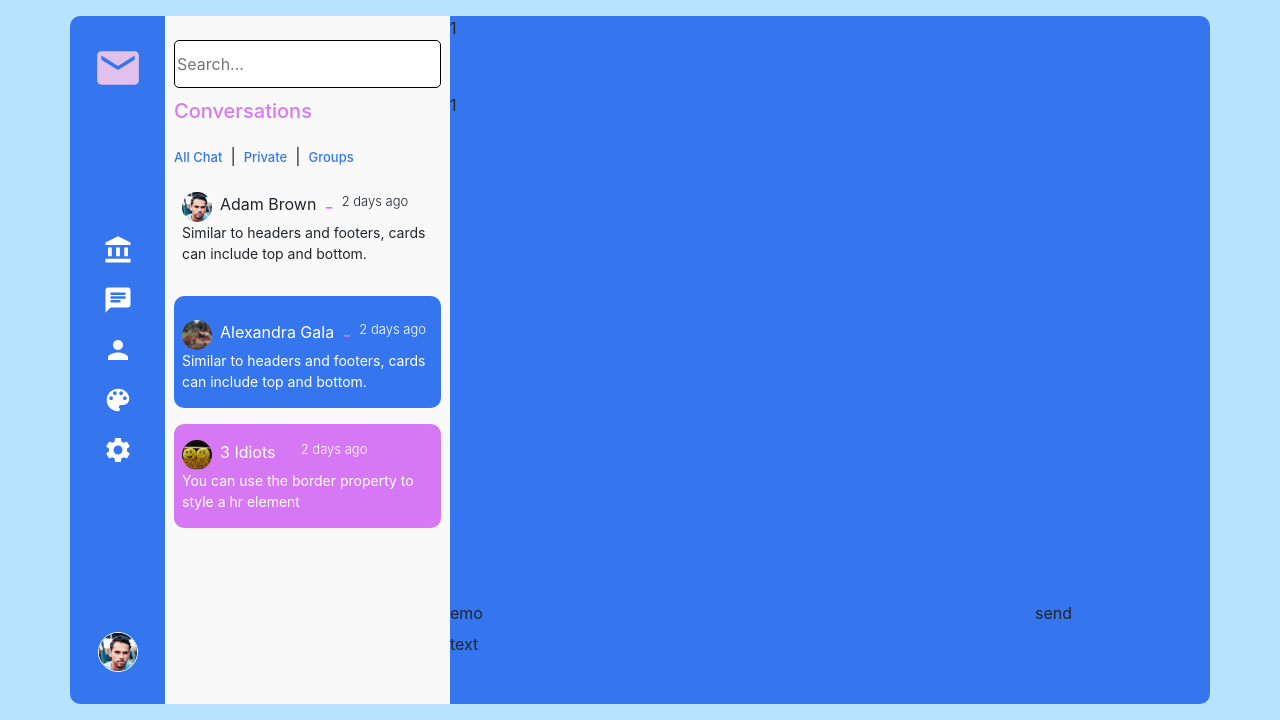
Repository: arafat877/super-chat
Page: /
The author's editor kept a copy of each file at every save. The page is drawn from the files as they stood at one save, then again after the next save.
The browser window is 1280 px wide. The pictures show the whole page.
The project was rebuilt for these pictures with package versions that can differ from the ones it lists, and the page was loaded fresh each time.

Above is the page before, as saved 2020-08-07 00:02:33.

After the next save:
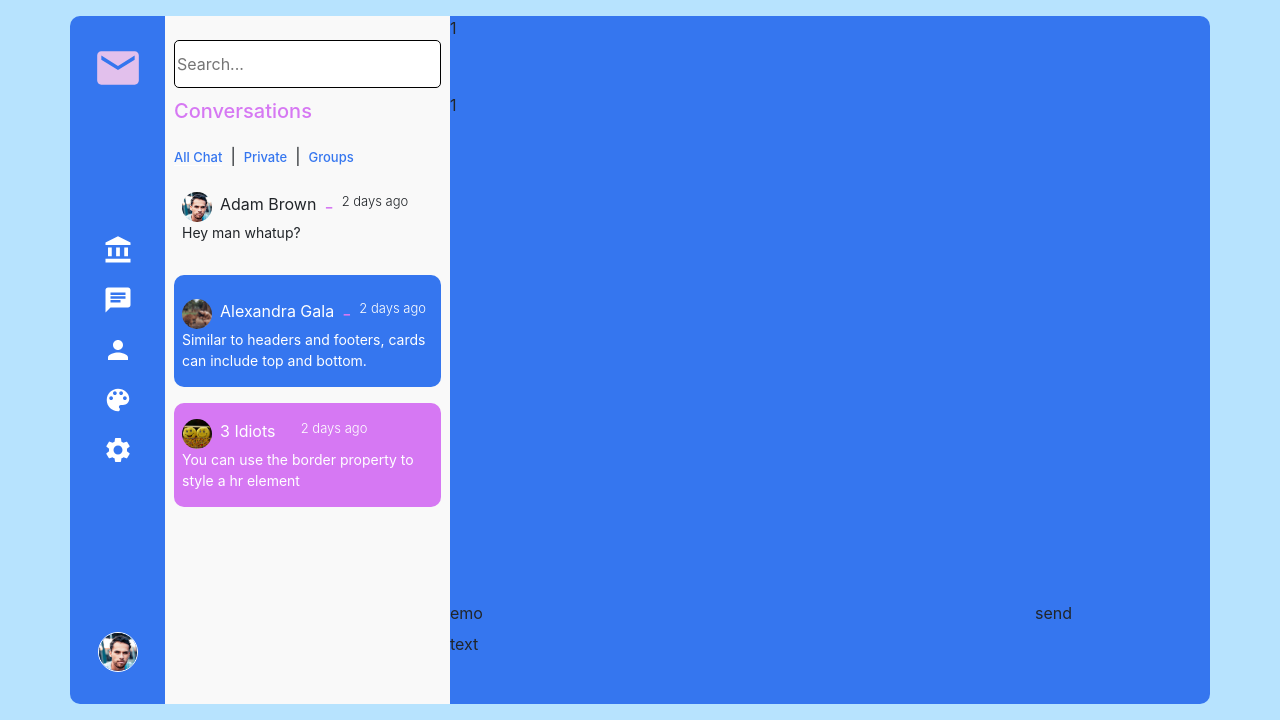
Saved 22 s later.
--- a/src/App.js
+++ b/src/App.js
@@ -81,8 +81,7 @@ function App() {
                   <span className="chatDate ml-2">2 days ago</span>
                   <hr className="hr"></hr>
                   <span className="text">
-                    Similar to headers and footers, cards can include top and
-                    bottom.
+                    Hey man whatup?
                   </span>
                 </div>
 
